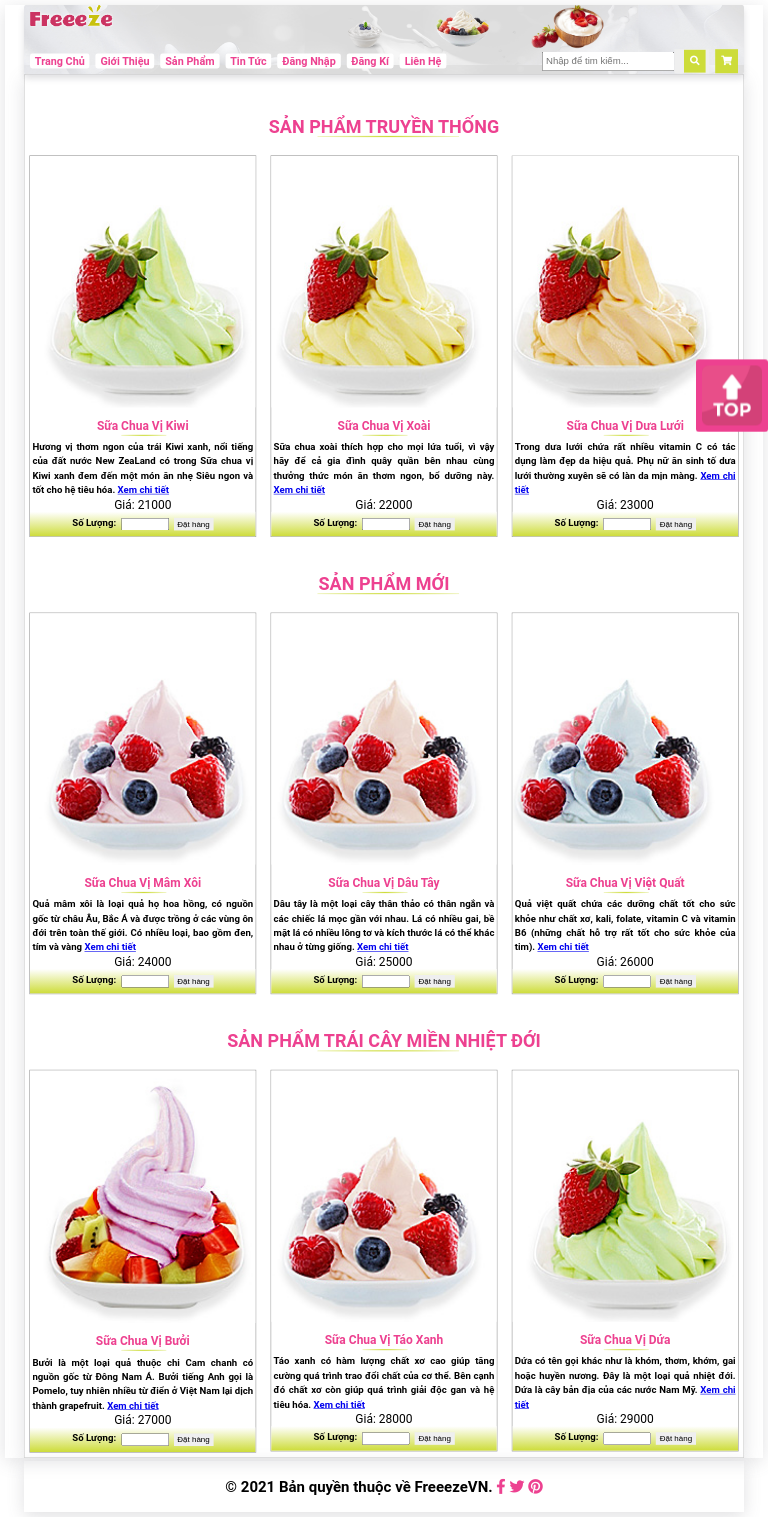
Repository: minh352623/lab1
Page: sanpham.html
An editor plug-in stored every save of this project. The page is shown before and after a run of saves, followed by the edit.
The browser window is 1280 px wide. The pictures show the whole page, at 60% of full size.

Above is the page before, as saved 2022-03-12 23:24:45.

After the next 2 saves:
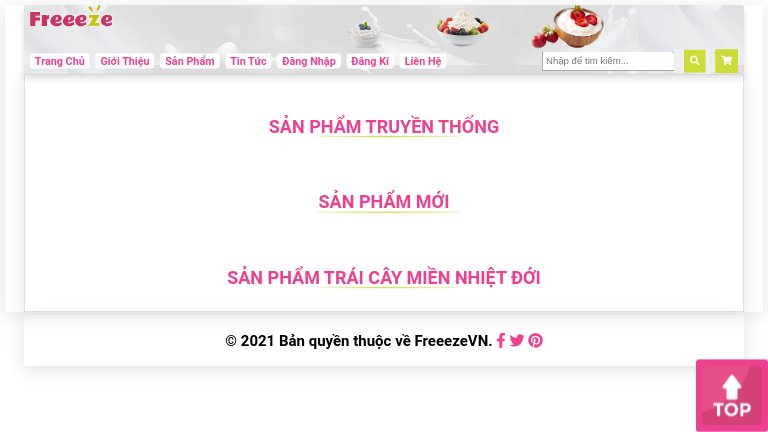
Console error: SyntaxError: Unexpected token ')'
The 2 saves are shown as one change because they came seconds apart.
The last was saved 11 s later.
--- a/js/sanpham.js
+++ b/js/sanpham.js
@@ -127,7 +127,7 @@ window.addEventListener("load",function(){
     //đăt Hàng
     for(let i = 0; i<col.length;i++){
         col[i].addEventListener("click",function(e){
-            con
+            if(e.target.)
         })
     }
 
